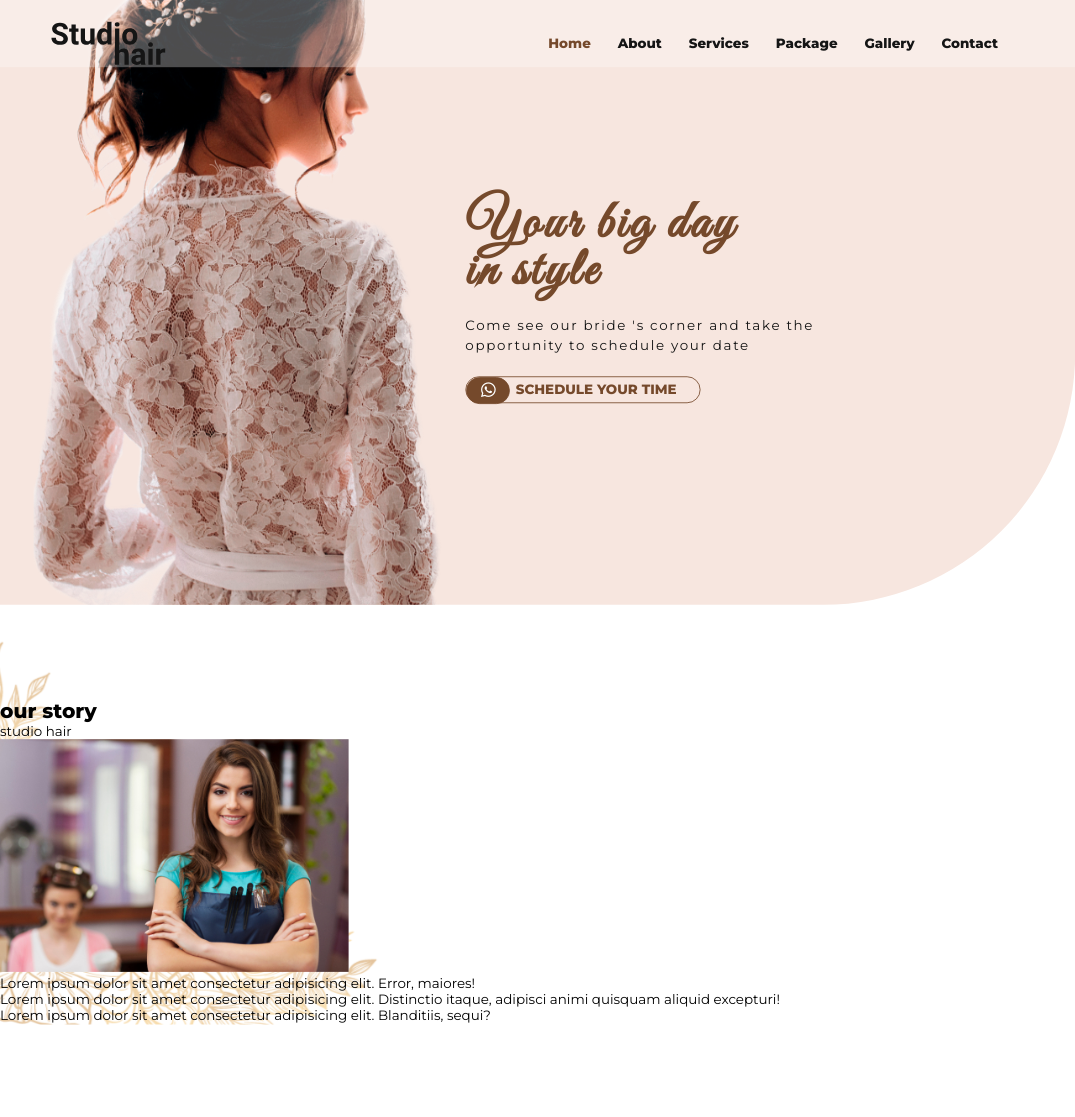
Repository: TuanHuflit2k1/clone-web01
Page: index.html
These files come from the project's save history. The page is drawn as it stood at one moment and after the next save; the edit follows.
The browser window is 1280 px wide. The pictures show the whole page, at 84% of full size.
Some web libraries are served in a nearby version.

Above is the page before, as saved 2022-04-28 11:05:20.

After the next save:
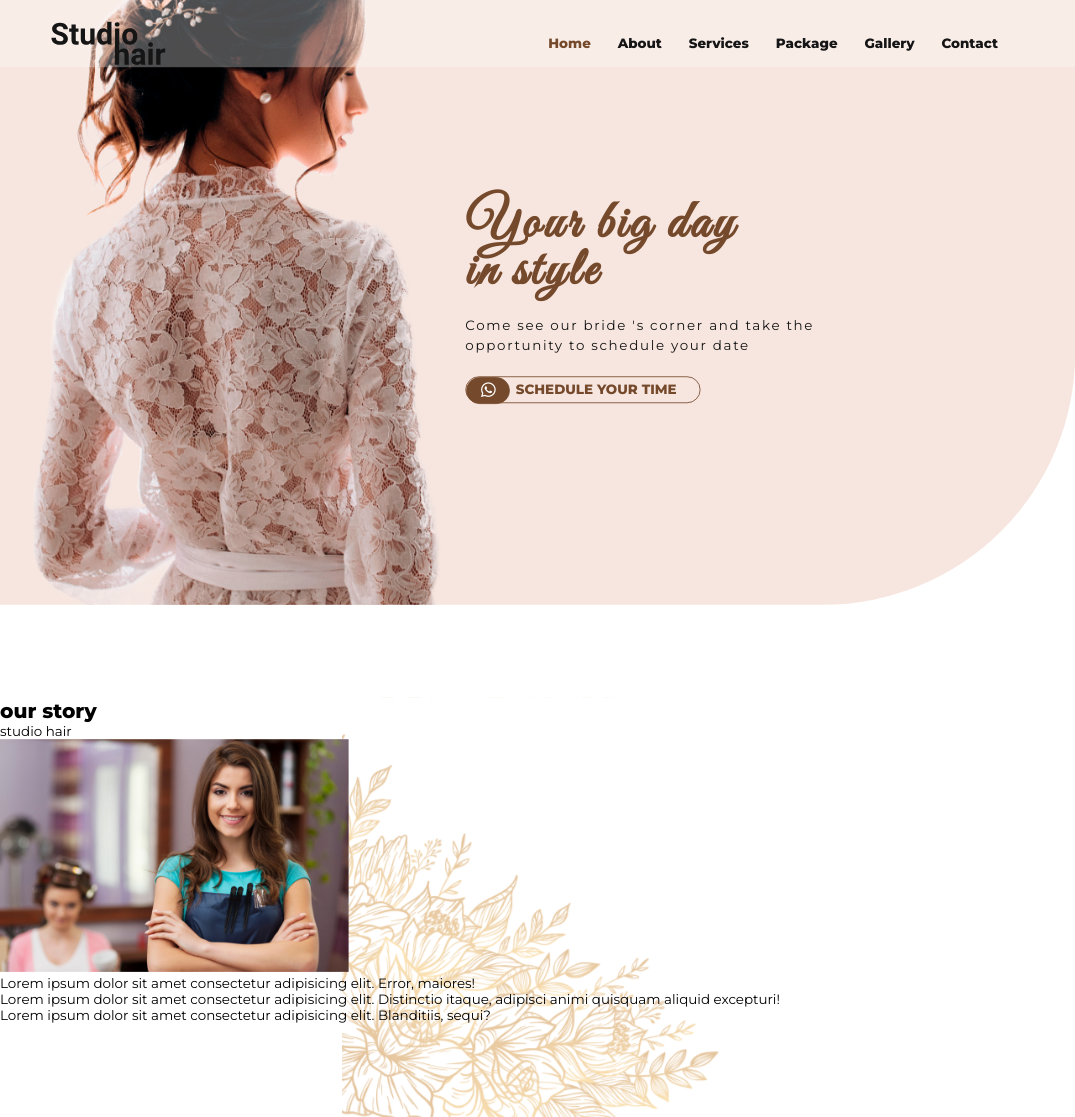
Saved 4 s later.
--- a/style.css
+++ b/style.css
@@ -204,11 +204,11 @@ body {
 /* End Home Section */
 /* start about section */
 .about {
-    width: 100%;
-    padding: 7rem 0;
-    background-image: url(./img/arabesque-left-bottom.svg);
-    background-repeat: no-repeat;
-    background-position: ;
+  width: 100%;
+  padding: 7rem 0;
+  background-image: url(./img/arabesque-left-bottom.svg);
+  background-repeat: no-repeat;
+  background-position: bottom center;
 }
 @media (max-width: 920px) {
   .nav-menu {
